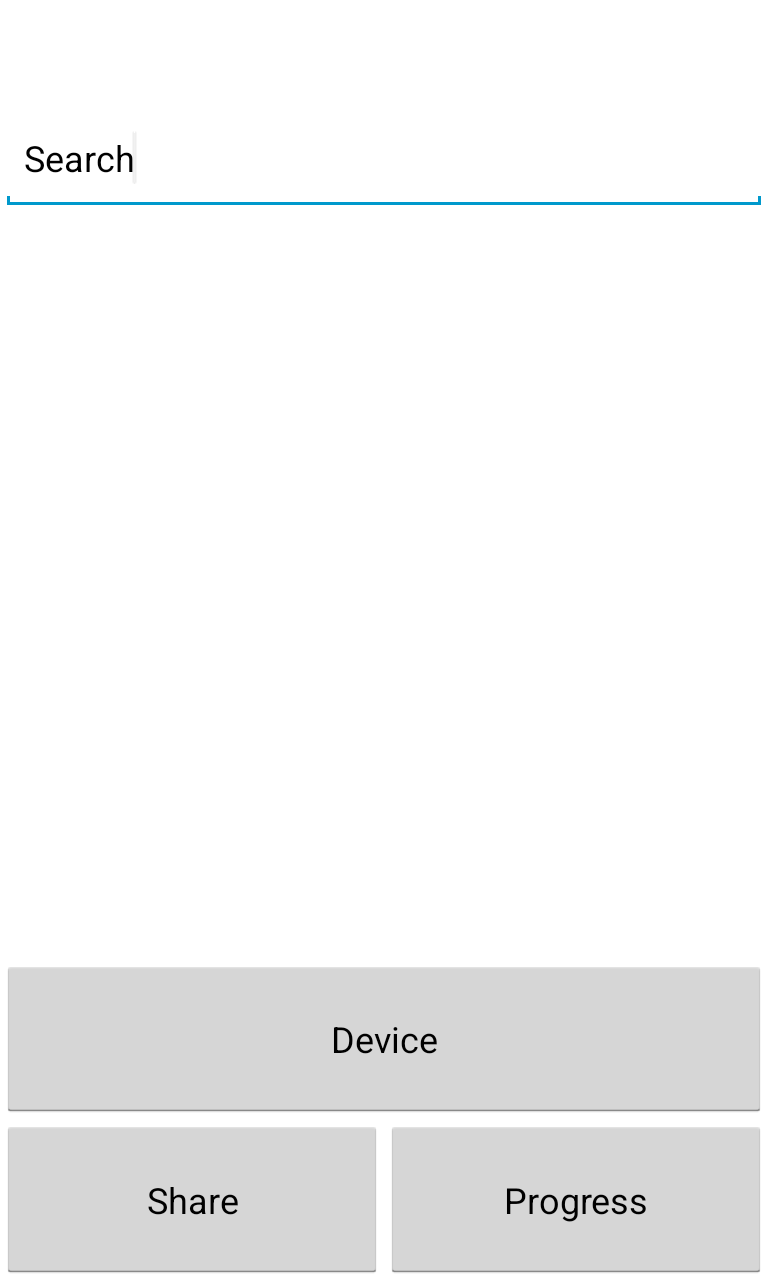
Repository: thinhnk55/android-appshare
Layout: ShareApp/res/layout/activity_main.xml
These files come from the project's save history. The layout is drawn as it stood at one moment and after the next save; the edit follows.
It is drawn on a 768 x 1280 px phone screen (xhdpi) without system bars, with theme AppTheme; the app's code is not run.

Above is the layout before, as saved 2014-07-03 15:40:53.

### ShareApp/res/layout/activity_main.xml
<RelativeLayout xmlns:android="http://schemas.android.com/apk/res/android"
    xmlns:tools="http://schemas.android.com/tools"
    android:layout_width="match_parent"
    android:layout_height="match_parent"
    tools:context=".MainActivity">

    <TabHost
        android:id="@android:id/tabhost"
        android:layout_width="match_parent"
        android:layout_height="match_parent"
        android:layout_alignParentLeft="true"
        android:layout_alignParentTop="true">

        <LinearLayout
            android:layout_width="match_parent"
            android:layout_height="match_parent"
            android:orientation="vertical"
            android:weightSum="120" >

            <TabWidget
                android:id="@android:id/tabs"
                android:layout_width="match_parent"
                android:layout_height="0dp"
                android:layout_weight="10">
            </TabWidget>

            <AutoCompleteTextView
                android:id="@+id/autoCompleteTextView1"
                android:layout_width="match_parent"
                android:layout_height="0dp"
                android:layout_weight="10"
                android:ems="10"
                android:text="Search" >

                <requestFocus
                    android:layout_width="wrap_content"
                    android:layout_height="wrap_content" />

            </AutoCompleteTextView>

            <FrameLayout
                android:id="@android:id/tabcontent"
                android:layout_width="match_parent"
                android:layout_height="0dp"
                android:layout_weight="20">

                <LinearLayout
                    android:id="@+id/tab1"
                    android:layout_width="match_parent"
                    android:layout_height="match_parent" >
                </LinearLayout>

                <LinearLayout
                    android:id="@+id/tab2"
                    android:layout_width="match_parent"
                    android:layout_height="match_parent" >
                </LinearLayout>

                <LinearLayout
                    android:id="@+id/tab3"
                    android:layout_width="match_parent"
                    android:layout_height="match_parent" >
                </LinearLayout>
            </FrameLayout>

            <FrameLayout
                android:layout_width="match_parent"
                android:layout_height="0dp"
                android:layout_weight="50" >
            </FrameLayout>

            <Button
                android:id="@+id/button1"
                android:layout_width="match_parent"
                android:layout_height="0dp"
                android:layout_weight="15"
                android:text="Device" />

            <LinearLayout
                android:layout_width="match_parent"
                android:layout_height="0dp"
                android:layout_weight="15"
                android:weightSum="20">

                <Button
                    android:id="@+id/button2"
                    android:layout_width="0dp"
                    android:layout_height="match_parent"
                    android:layout_weight="10"
                    android:text="Share" />

                <Button
                    android:id="@+id/button3"
                    android:layout_width="0dp"
                    android:layout_height="match_parent"
                    android:layout_weight="10"
                    android:text="Progress" />

            </LinearLayout>

        </LinearLayout>
    </TabHost>

</RelativeLayout>

Loaded but not shown: ShareApp/res/values/styles.xml (common file); ShareApp/res/values-v11/styles.xml (common file); ShareApp/res/values-v14/styles.xml (common file)

After the next save:
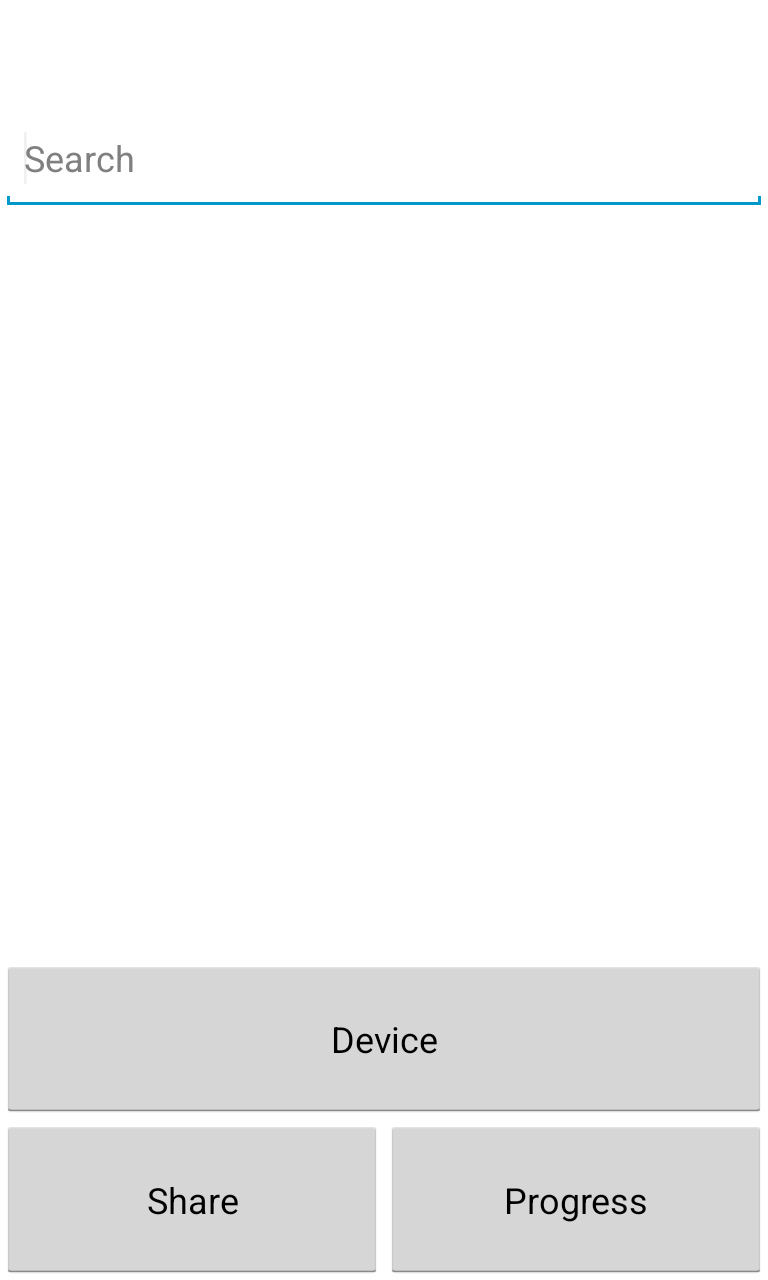
Saved 28 min 50 s later.
--- a/ShareApp/res/layout/activity_main.xml
+++ b/ShareApp/res/layout/activity_main.xml
@@ -30,7 +30,7 @@
                 android:layout_height="0dp"
                 android:layout_weight="10"
                 android:ems="10"
-                android:text="Search" >
+                android:hint="Search">
 
                 <requestFocus
                     android:layout_width="wrap_content"
